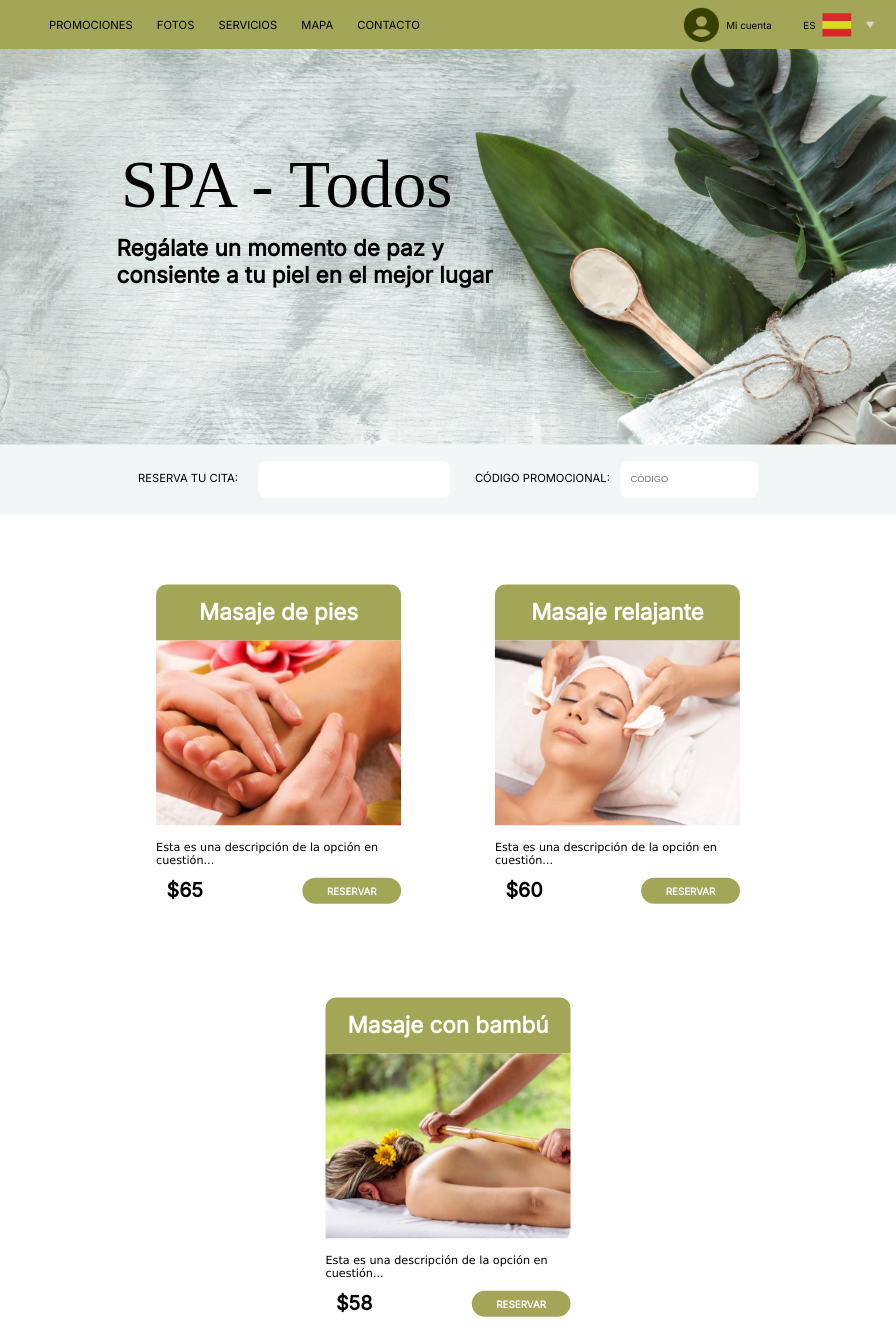
Repository: alexc492/Spa
Page: index.html
An editor plug-in stored every save of this project. The page is shown before and after a run of saves, followed by the edit.
The browser window is 1280 px wide. The pictures show the part of the page from y = 0 to 1920 px (the page is 2844 px tall), at 70% of full size.
Some web fonts or font styles are not loaded; a fallback is used.

Above is the page before, as saved 2025-05-27 03:39:26.

### index.html
<!DOCTYPE html>
<html lang="en">
<head>
    <meta charset="UTF-8">
    <meta name="viewport" content="width=device-width, initial-scale=1.0">
    <title>SPA</title>
    <link rel="stylesheet" href="styleSpa.css">
    <link href="https://fonts.googleapis.com/css2?family=Inter&display=swap" rel="stylesheet">
    <link href="https://fonts.googleapis.com/css2?family=Romanesco&display=swap" rel="stylesheet">
</head>
<body>
    <!-- Menú -->
     <header>
        <nav>
            <ul>
                <li><a href="#promociones">PROMOCIONES</a></li>
                <li><a href="#fotos">FOTOS</a></li>
                <li><a href="#servicios">SERVICIOS</a></li>
                <li><a href="#mapa">MAPa</a></li>
                <li><a href="#contacto">CONTACTO</a></li>
            </ul>
            <div class="derecha">
                <div class="user">
                    <img src="images/user.png" alt="avatar">
                    <span class="miniatura">Mi cuenta</span>
                </div>
                <div class="language">
                    <span class="miniatura">ES</span>
                    <img src="images/flag.png" alt="bandera">
                </div>
                <div class="flecha">
                    <img src="images/arrow.png" alt="flecha">
                </div>
            </div>
        </nav>
     </header>
    <!-- Contenido -->
     <div class="fondo">
        <img src="images/main.png" alt="fondo">
     </div>
     <div class="titulo">
        <h1>SPA - Todos</h1>
        <p>Regálate un momento de paz y <br> consiente a tu piel en el mejor lugar</p>
     </div>
     <!-- Reserva -->
      <div class="reserva">
        <div class="rc">
            <label for="reserva">Reserva tu cita:</label>
            <input type="text" id="cita" name="cita">
        </div>
        <div class="cp">
            <label for="codigo">Código promocional:</label>
            <input type="text" placeholder="CÓDIGO" id="promocional" name="promocional">
        </div>
      </div>
     <!-- Masajes -->
      <div class="tipos">
        <div class="masajes">
            <div class="masaje">
                <div class="nombre">
                    <h2>Masaje de pies</h2>
                </div>
                <div class="img-masaje">
                    <img src="images/pies.png" alt="Masaje de pies">
                </div>
                <div class="descripcion">
                    <p>Esta es una descripción de la opción en cuestión...</p>
                </div>
                <div class="pb">
                    <div class="precio">$65</div>
                    <!-- Botón de reserva -->
                    <div class="boton-reserva">
                        <a href="#reserva">Reservar</a>
                    </div>
                </div>
            </div>
            <div class="masaje">
                <div class="nombre">
                    <h2>Masaje relajante</h2>
                </div>
                <div class="img-masaje">
                    <img src="images/relajante.png" alt="Masaje relajante">
                </div>
                <div class="descripcion">
                    <p>Esta es una descripción de la opción en cuestión...</p>
                </div>
                <div class="pb">
                    <div class="precio">$60</div>
                    <!-- Botón de reserva -->
                    <div class="boton-reserva">
                        <a href="#reserva">Reservar</a>
                    </div>
                </div>
            </div>
            <div class="masaje">
                <div class="nombre">
                    <h2>Masaje con bambú</h2>
                </div>
                <div class="img-masaje">
                    <img src="images/bambu.png" alt="Masaje con bambú">
                </div>
                <div class="descripcion">
                    <p>Esta es una descripción de la opción en cuestión...</p>
                </div>
                <div class="pb">
                    <div class="precio">$58</div>
                    <!-- Botón de reserva -->
                    <div class="boton-reserva">
                        <a href="#reserva">Reservar</a>
                    </div>
                </div>
            </div>
        </div>
      </div>
    <!-- Planes de socio -->
    <div class="tipo-plan">
        <div class="descripcion-plan">
            <h2>Hazte socio y prueba nuestros beneficios</h2>
        </div>
        <div class="planes">
            <div class="plan">
                <div class="img-plan">
                    <img src="images/gold.png" alt="Plan Gold">
                </div>
                <div class="nombre-plan">
                    <h2>Gold</h2>
                </div>
                <!-- Botón ver condiciones -->
                <div class="boton-condiciones">
                    <a href="#vercondiciones">Ver condiciones</a>
                </div>
                <div class="beneficios">
                    <ul>
                        <li>Gimnasio</li>
                        <li>Piscina</li>
                        <li>Todos los tratamientos</li>
                    </ul>
                </div>
            </div>
            <div class="plan">
                <div class="img-plan">
                    <img src="images/premium.png" alt="Plan Premium">
                </div>
                <div class="nombre-plan">
                    <h2>Premium</h2>
                </div>
                <!-- Botón ver condiciones -->
                <div class="boton-condiciones">
                    <a href="#vercondiciones">Ver condiciones</a>
                </div>
                <div class="beneficios">
                    <ul>
                        <li>Gimnasio</li>
                        <li>Todos los tratamientos</li>
                    </ul>
                </div>
            </div>
            <div class="plan">
                <div class="img-plan">
                    <img src="images/plate.png" alt="Plan Gold">
                </div>
                <div class="nombre-plan">
                    <h2>Plate</h2>
                </div>
                <!-- Botón ver condiciones -->
                <div class="boton-condiciones">
                    <a href="#vercondiciones">Ver condiciones</a>
                </div>
                <div class="beneficios">
                    <ul>
                        <li>Tratamientos faciales</li>
                    </ul>
                </div>
            </div>
        </div>
    </div>
    <!-- Footer -->
    <footer class="footer">
        <ul>
            <li><a href="#politicasdecookies">Políticas de cookies</a></li>
            <li><a href="#avisolegal">Aviso legal</a></li>
            <li><a href="#protecciondedatos">Protección de datos</a></li>
            <li><a href="#mapadelsitio">Mapa del sitio</a></li>
        </ul>
        <div class="redes">
            <span>Síguenos en</span>
            <img src="images/rs_facebook.png" alt="facebook">
            <img src="images/rs_twiter.png" alt="twitter">
            <img src="images/rs_youtube.png" alt="youtube">
        </div>
    </footer>
</body>
</html>

### styleSpa.css
body{
    font-family:'Inter', sans-serif;
    background: #FFF;
    margin: 0;
    padding: 0;
}
/* Menú */
nav{
    background-color: #A3A656;
    color: #000;
    height: 70px;
    width: 100vw;
    top: 0;
    left: 0;
    display: flex;
    align-items: center;
}
nav ul{
    list-style: none;
    text-decoration: none;
    padding-left: 70px;
}
nav ul a{
    text-decoration: none;
    color: #000;
}
nav ul li{
    display: inline;
    padding-right: 30px;
    font-size: 16px;
    font-weight: 400;
    text-transform: uppercase;
}
nav ul li:hover{
    background-color: #FFFF00;
}

nav .derecha{
    display: flex;
    align-items: flex-end center;
    margin-left: auto;
}
.miniatura{
    font-weight: 400;
    font-size: 14px;
}
.user{
    display: flex;
    align-items: center;
    margin-left: auto;
}
nav .user img{
    width: 50px;
    height: 50px;
    margin-right: 10px;
}
nav .user span{
    margin-right: 45px;
}
.language{
    display: flex;
    align-items: center;
    margin-left: auto;
    margin-right: 20px;
}
nav .language span{
    margin-right: 10px;
}
nav .flecha{
    display: flex;
    align-items: center;
    margin-left: auto;
    margin-right: 30px;
}

/* Contenido */
.fondo img{
    width: 100vw;
}
.titulo h1{
    font-family: 'Romanesco', cursive;
    color: #000;
    font-size: 96px;
    font-weight: 400;
    position: absolute;
    top: 20%;
    left: 13.5%;
}
.titulo p{
    font-family: 'Inter', sans-serif;
    color: #000;
    font-size: 32px;
    font-weight: 600;
    position: absolute;
    top: 42%;
    left: 13%;
    list-style: inline;
}

/* Reserva */
.reserva{
    background: #F2F6F6;
    height: 100px;
    width: 100vw;
    margin-top: -4px;
    display: flex;
    align-items: center;
    justify-content: center;
}
.reserva label{
    color: #000;
    font-family: 'Inter', sans-serif;
    font-size: 16px;
    font-weight: 400;
    text-transform: uppercase;
}
.rc label{
    margin-right: 25px;
}
.rc input{
    width: 270px;
    height: 50px;
    border-radius: 10px;
    border: none;
}
.cp label{
    margin-left: 35px;
    margin-right: 10px;
}
.cp input{
    width: 180px;
    height: 50px;
    border-radius: 10px;
    border: none;
    padding-left: 15px;
}

/* Masajes */
.tipos .masajes{
    display: flex;
    justify-content: center;
    align-items: center;
    flex-wrap: wrap;
    gap: 134px;
    padding-top: 100px;
    padding-bottom: 70px;
}
.masaje{
    background: #FFF;
    font-family: Verdana, Geneva, Tahoma, sans-serif;
    border-radius: 15px 15px 0px 0px;
    width: 350px;
}
.masaje .nombre h2{
    background: #A3A656;
    color: #FFF;
    font-family: 'Inter', sans-serif;
    font-size: 32px;
    font-weight: 600;
    text-align: center;
    margin: 0;
    padding: 20px 0px 0px 0px;
    height: 60px;
    border-radius: 15px 15px 0px 0px;
}
.masaje .precio{
    font-family: 'Inter', sans-serif;
    font-weight: 600;
    font-size: 28px;
    padding-left: 15px;
}
.pb{
    display: flex;
    justify-content: space-between;
    align-items: center;
}
.masaje .boton-reserva{
    background: #A3A656;
    font-family: 'Inter', sans-serif;
    font-weight: 600;
    font-size: 14px;
    text-align: center;
    padding: 10px 35px;
    border-radius: 35px;
    cursor: pointer;
}
.masaje .boton-reserva:hover{
    background: #384001;
}
.boton-reserva a{
    text-decoration: none;
    color: #FFF;
    text-transform: uppercase;
}

/* Planes */
.tipo-plan{
    background: #F2F6F6;
    height: 770px;
    width: 100vw;
}
.tipo-plan .descripcion-plan h2{
    font-family: 'Inter', sans-serif;
    font-weight: 600;
    font-size: 32px;
    color: #000;
    text-align: center;
    padding-top: 35px;
    padding-bottom: 50px;
}
.tipo-plan .planes{
    display: flex;
    justify-content: center;
    align-items: center;
    flex-wrap: wrap;
    gap: 150px;
}
.plan .img-plan{
    background:#FFF;
    width: 233px;
    height: 233px;
    padding: 11px;
    border-radius: 50%;
    border:#384001 solid 10px;
    display: flex;
    justify-content: center;
    align-items: center;
}
.plan .nombre-plan{
    font-family: 'Inter', sans-serif;
    font-weight: 600;
    font-size: 20px;
    color: #000;
    text-transform: uppercase;
    text-align: center;
}
.plan .boton-condiciones a{
    text-decoration: none;
    color: #FFF;
    text-transform: uppercase;
}
.plan .boton-condiciones{
    background: #A3A656;
    font-family: 'Inter', sans-serif;
    font-weight: 600;
    font-size: 14px;
    text-align: center;
    padding: 20px 35px;
    border-radius: 35px;
    cursor: pointer;
}
.plan .boton-condiciones:hover{
    background: #384001;
}
.plan .beneficios{
    font-family: 'Inter', sans-serif;
    font-weight: 400;
    font-size: 16px;
    color: #000;
    display: flex;
    justify-content: center;
}
.plan .beneficios ul li{
    padding: 6px 0px 0px;
}

/* Footer */
.footer{
    background: #384001;
    height: 97px;
    width: 100vw;
    display: flex;
    align-items: center;
}
.footer ul{
    list-style: none;
    text-decoration: none;
    padding-left: 70px;
}
.footer ul a{
    text-decoration: none;
    color: #A3A656;
}
.footer ul li{
    display: inline;
    padding-right: 80px;
    font-family: 'Inter', sans-serif;
    font-size: 16px;
    font-weight: 400;
    text-transform: uppercase;
}
.footer .redes{
    display: flex;
    align-items: flex-end center;
    margin-left: auto;
}
.redes{
    display: flex;
    align-items: center;
    margin-left: auto;
    margin-right: 20px;
}
.footer .redes span{
    color: #A3A656;
    font-family: 'Inter', sans-serif;
    font-weight: 400;
    font-size: 16px;
    text-transform: uppercase;
    margin-right: 25px;
}
.footer .redes img{
    padding-right: 35px;
}

After the next 2 saves:
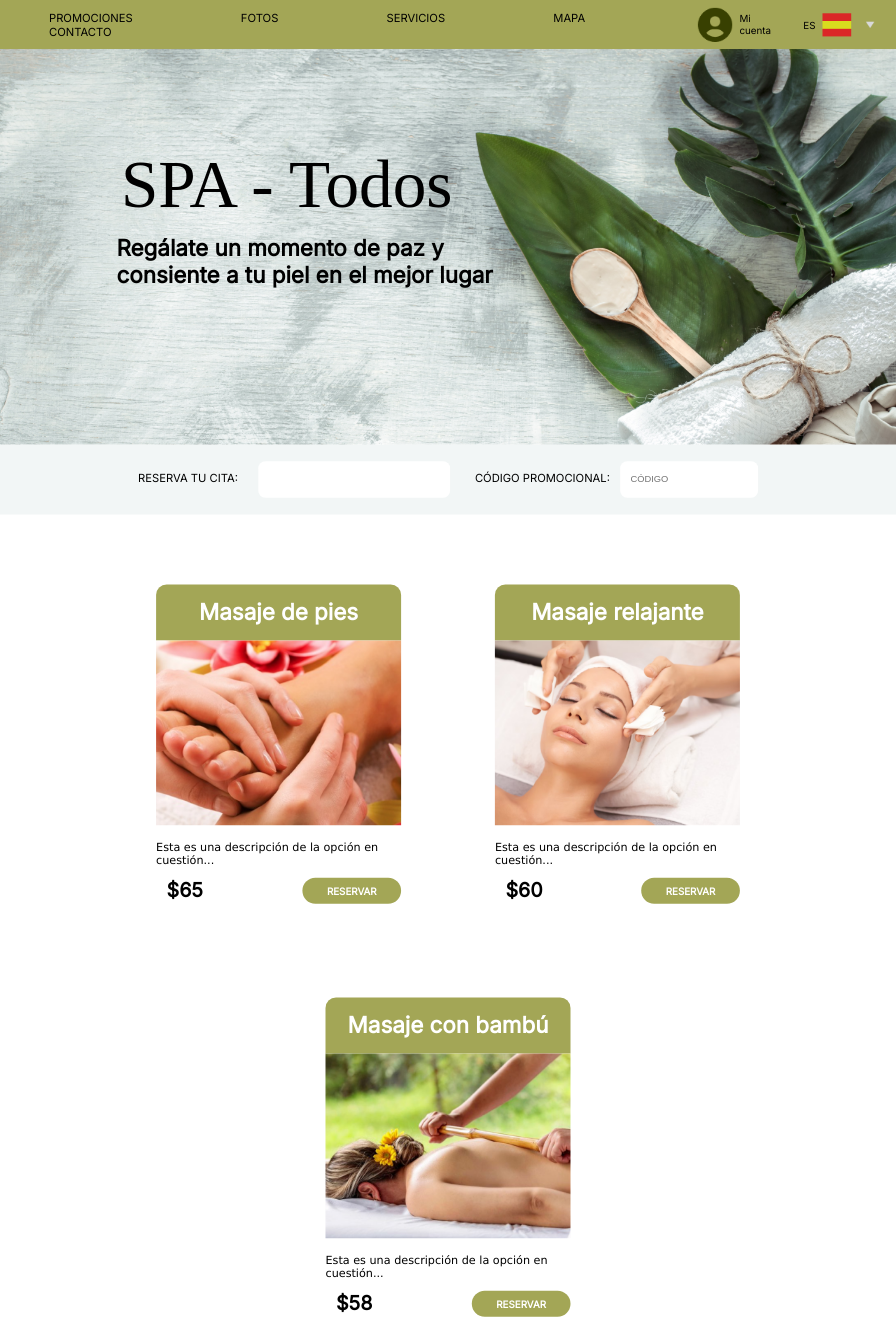
The 2 saves are shown as one change because they came seconds apart.
The last was saved 23 min 8 s later.
--- a/styleSpa.css
+++ b/styleSpa.css
@@ -26,7 +26,7 @@ nav ul a{
 }
 nav ul li{
     display: inline;
-    padding-right: 30px;
+    padding-right: 150px;
     font-size: 16px;
     font-weight: 400;
     text-transform: uppercase;
